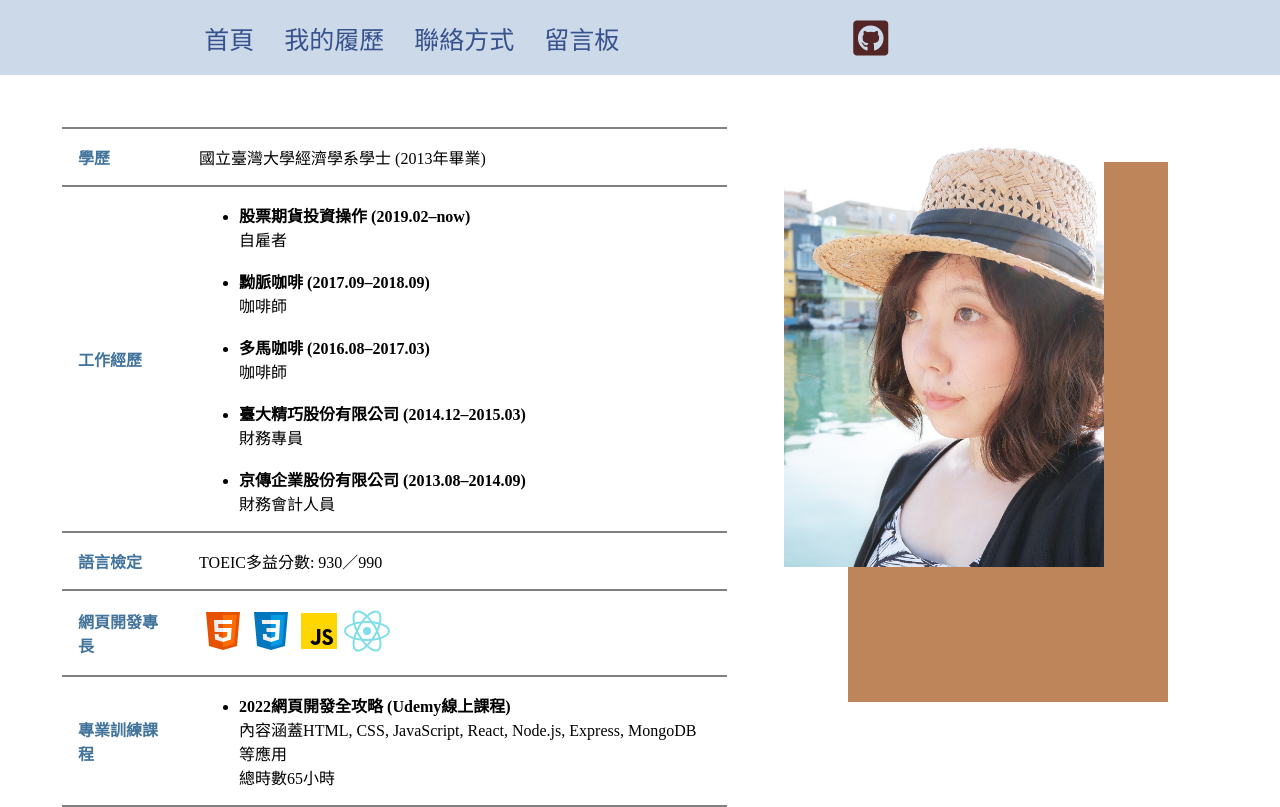
Repository: lcjyc/portfolio-website
Page: /resume
An editor plug-in stored every save of this project. The page is shown before and after the next save, followed by the edit.
The browser window is 1280 px wide. The pictures show the whole page.
The project was rebuilt for these pictures with package versions that can differ from the ones it lists, and the page was loaded fresh each time. Also part of the build but not shown: src/pages/home/home.css, src/pages/home/Home.jsx, src/pages/contact/contact.css, src/pages/contact/Contact.jsx.

Above is the page before, as saved 2022-08-20 09:38:48.

After the next save:
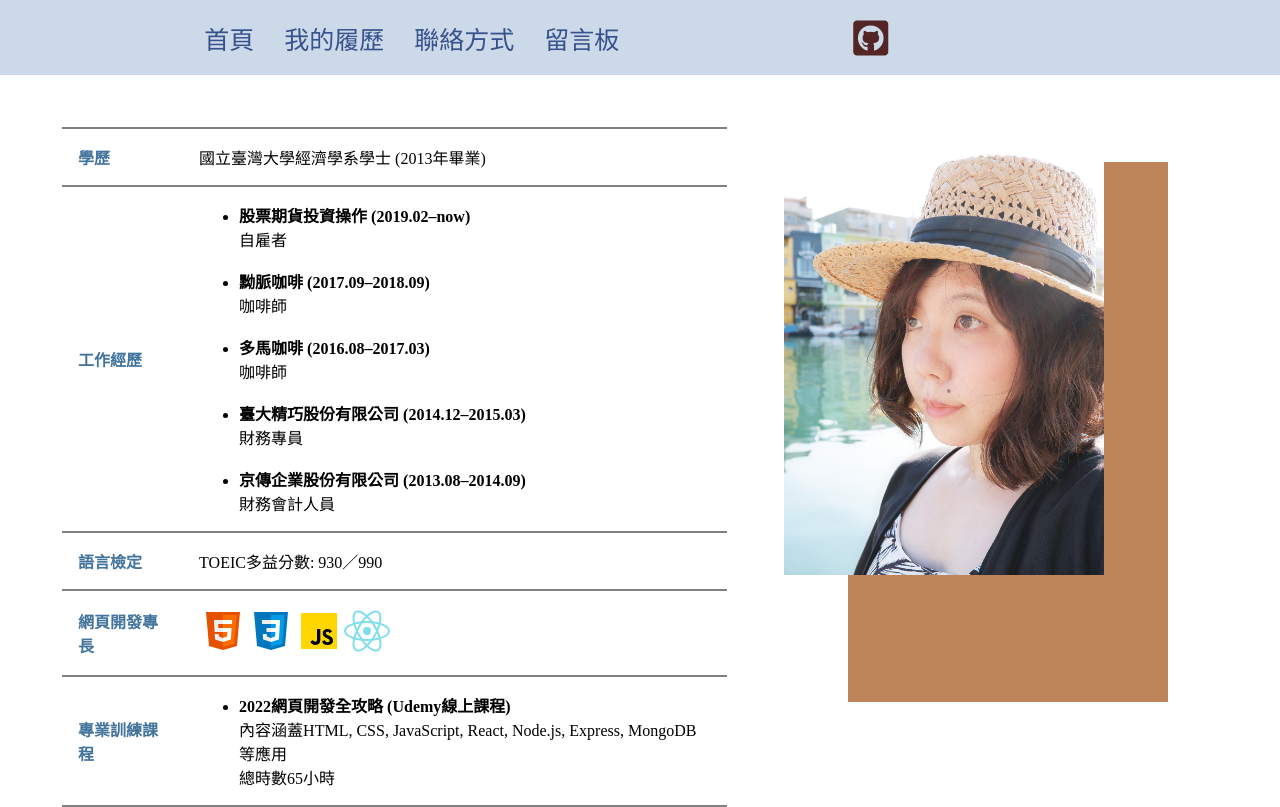
Saved 11 s later.
--- a/src/pages/resume/resume.css
+++ b/src/pages/resume/resume.css
@@ -48,7 +48,7 @@
 .picture > img {
   width: 25vw;
   position: absolute;
-  top: 6vh;
+  top: 7vh;
   left: 2vw;
 }
 
